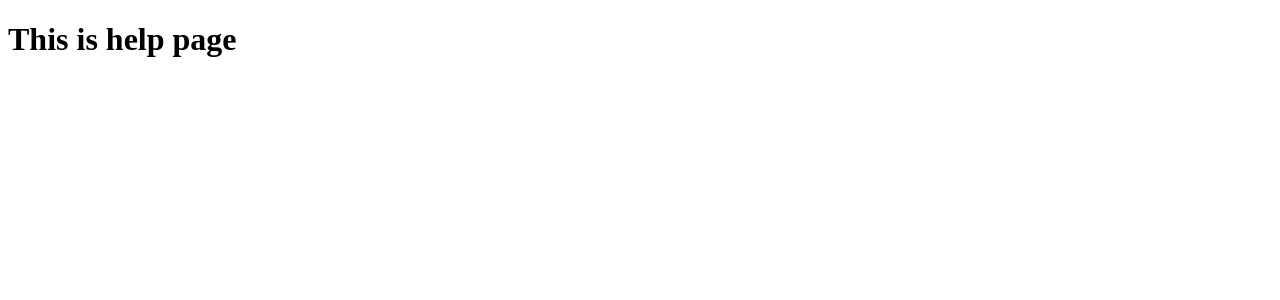
Repository: romeodmello17/springmvc
Page: http://localhost/firstmvc/help
The author's editor kept a copy of each file at every save. The page is drawn from the files as they stood at one save, then again after the next save.
The browser window is 1280 px wide. The pictures show the whole page.
The page is served by Tomcat 9. Other server files are loaded and not shown.

Above is the page before, as saved 2025-04-11 00:00:05.

### firstmvc/src/main/webapp/WEB-INF/spring-servlet.xml
<beans xmlns="http://www.springframework.org/schema/beans"
	xmlns:xsi="http://www.w3.org/2001/XMLSchema-instance"
	xmlns:p="http://www.springframework.org/schema/p"
	xmlns:context="http://www.springframework.org/schema/context"
	xsi:schemaLocation=" http://www.springframework.org/schema/beans http://www.springframework.org/schema/beans/spring-beans.xsd http://www.springframework.org/schema/context http://www.springframework.org/schema/context/spring-context.xsd">
	<context:component-scan base-package="firstmvc.springmvc.controller"></context:component-scan>
	<bean
		class="org.springframework.web.servlet.view.InternalResourceViewResolver"
		name="viewResolver">

		<property name="prefix" value="/WEB-INF/views/" />
		<property name="suffix" value=".jsp"></property>

	</bean>
</beans>
<!-- /WEB-INF/views/hello.jsp -->

### firstmvc/src/main/webapp/WEB-INF/views/help.jsp
<%@ page language="java" contentType="text/html; charset=ISO-8859-1"
    pageEncoding="ISO-8859-1"%>
<!DOCTYPE html>
<html>
<head>
<meta charset="ISO-8859-1">
<title>Help page</title>
</head>
<body>
<h1>This is help page</h1>
</body>
</html>

### firstmvc/src/main/java/firstmvc/springmvc/controller/HelloController.java
package firstmvc.springmvc.controller;

import java.util.ArrayList;
import java.util.List;

import org.springframework.stereotype.Controller;
import org.springframework.ui.Model;
import org.springframework.web.bind.annotation.RequestMapping;
import org.springframework.web.servlet.ModelAndView;

@Controller
public class HelloController {
	@RequestMapping("/hello")
	public String hello() {
		System.out.println("This is Hello url");
		return "hello";
	}

	@RequestMapping("/home")
	public String home(Model model) {
		System.out.println("This is Home URL");
		model.addAttribute("name","Rahul");
		model.addAttribute("rollno",17);
		List<String> stocks = new ArrayList<String>();
		stocks.add("Large Cap MF");
		stocks.add("Mid Cap MF");
		stocks.add("Small Cap MF");
		stocks.add("Crypto");

		model.addAttribute("s",stocks);

		return "home";
	}

	@RequestMapping("/help")
	public ModelAndView help() {
		System.out.println("This is help url");
		//creating modelandview object
		ModelAndView mv = new ModelAndView();
		//setting the data
		mv.addObject("name", "Rahul");
		mv.addObject("rollno", 26);
		//setting the view name
		mv.setViewName("help");
		return mv;
	}
}

After the next save:
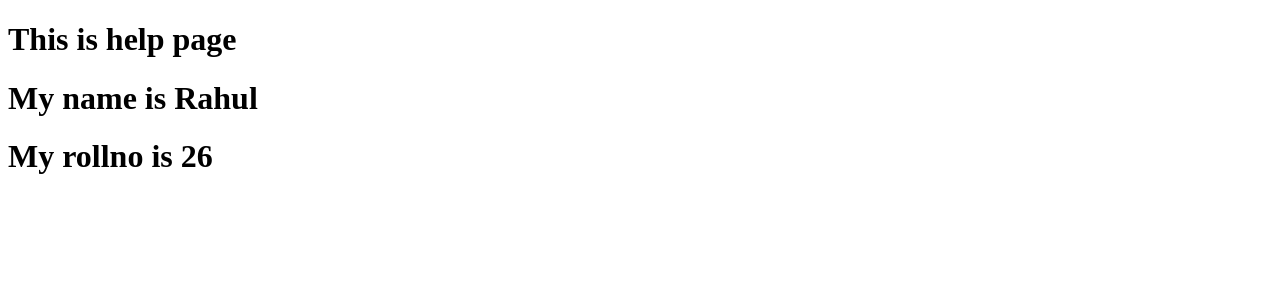
Saved 1 s later.
--- a/firstmvc/src/main/webapp/WEB-INF/views/help.jsp
+++ b/firstmvc/src/main/webapp/WEB-INF/views/help.jsp
@@ -7,6 +7,14 @@
 <title>Help page</title>
 </head>
 <body>
+<%
+
+	String name =(String) request.getAttribute("name");
+	Integer rollno = (Integer) request.getAttribute("rollno");
+%>
+
 <h1>This is help page</h1>
+<h1>My name is <%=name%></h1>
+<h1>My rollno is <%=rollno%></h1>
 </body>
 </html>
